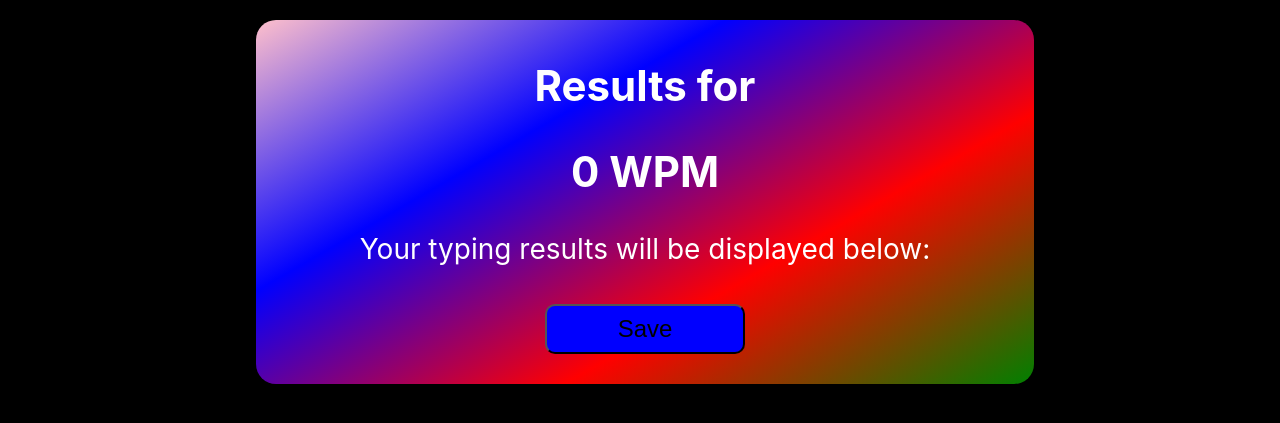
Repository: abhaysharma20233009/swiftKey
Page: /results (app in frontend/my-app/)
These files come from the project's save history. The page is drawn as it stood at one moment and after the next save; the edit follows.
The browser window is 1280 px wide. The pictures show the whole page.
The page's requests for data from a server got no answer. The project was rebuilt for these pictures with package versions that can differ from the ones it lists, and the page was loaded fresh each time. No one was signed in, and anything a server would have sent is missing. Also part of the build but not shown: frontend/my-app/src/Swifts.js, frontend/my-app/src/Login.js.

Above is the page before, as saved 2024-10-10 20:46:13.

After the next save:
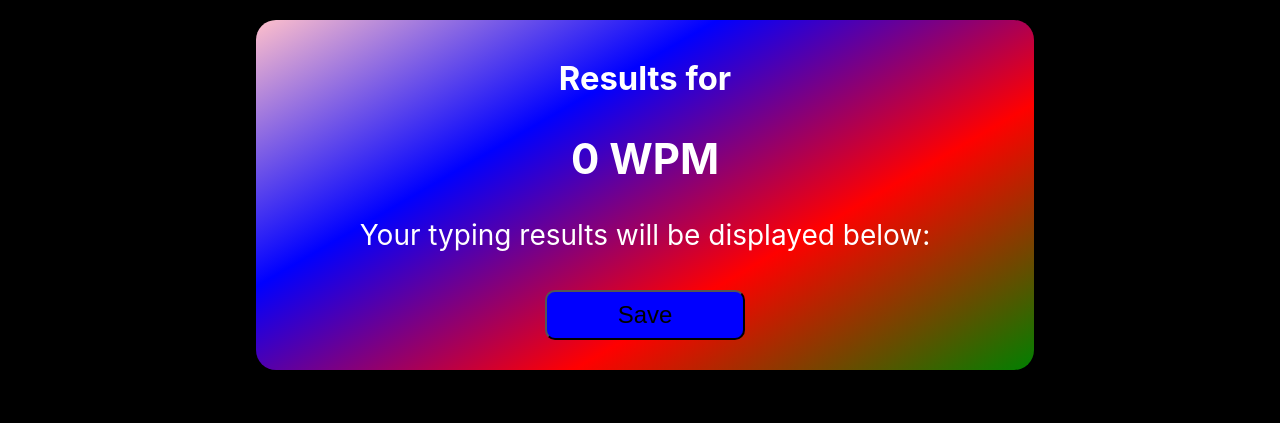
Saved 16 s later.
--- a/frontend/my-app/src/Results.js
+++ b/frontend/my-app/src/Results.js
@@ -59,7 +59,7 @@ function Results() {
 
     return (
         <div className="form" style={{ textAlign: 'center', marginTop: '20px' }}>
-            <h2>Results for {username}</h2> {/* Display username here */}
+            <h3>Results for {username}</h3> {/* Display username here */}
             <h2>{wordTyped} WPM</h2>
             <p>Your typing results will be displayed below:</p>
             <ul>
